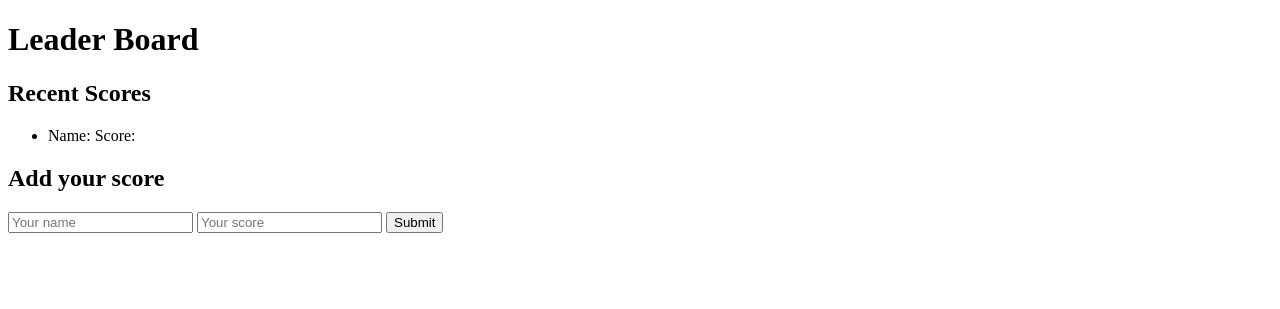
Repository: kennedyowusu/Leaderboard
Page: src/index.html
An editor plug-in stored every save of this project. The page is shown before and after the next save, followed by the edit.
The browser window is 1280 px wide. The pictures show the whole page.

Above is the page before, as saved 2022-12-20 15:39:00.

After the next save:
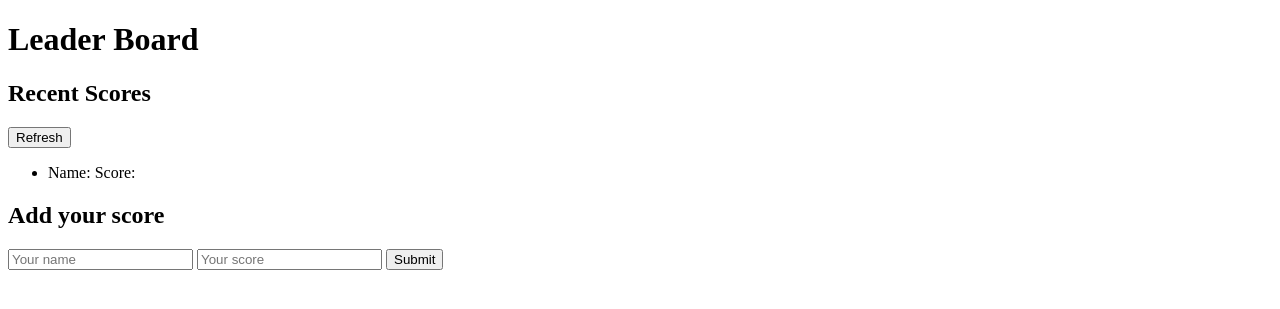
Saved 29 s later.
--- a/src/index.html
+++ b/src/index.html
@@ -17,6 +17,7 @@
 
      <section class="main-left">
        <h2 class="main-left-title">Recent Scores</h2>
+       <button class="refresh">Refresh</button>
        <ul class="main-left-list">
          <!-- list of recent scores -->
          <li>

After the save that followed:
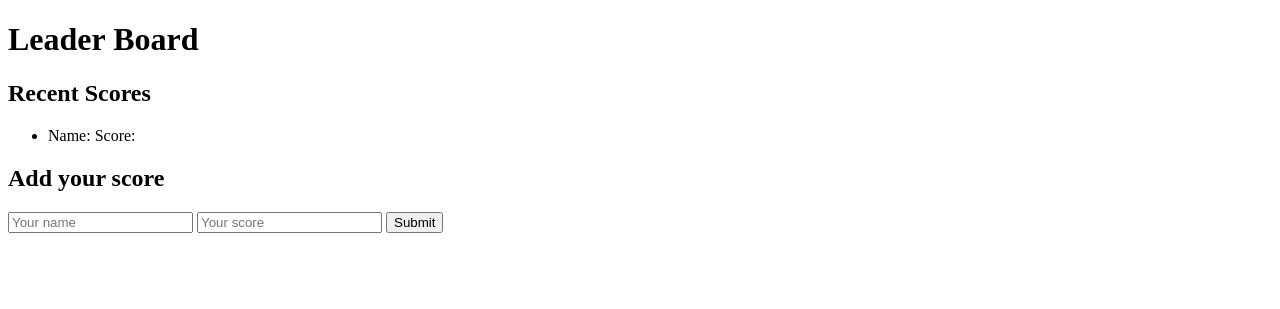
Saved 9 s later.
--- a/src/index.html
+++ b/src/index.html
@@ -17,7 +17,7 @@
 
      <section class="main-left">
        <h2 class="main-left-title">Recent Scores</h2>
-       <button class="refresh">Refresh</button>
+       <!-- <button class="refresh">Refresh</button> -->
        <ul class="main-left-list">
          <!-- list of recent scores -->
          <li>
